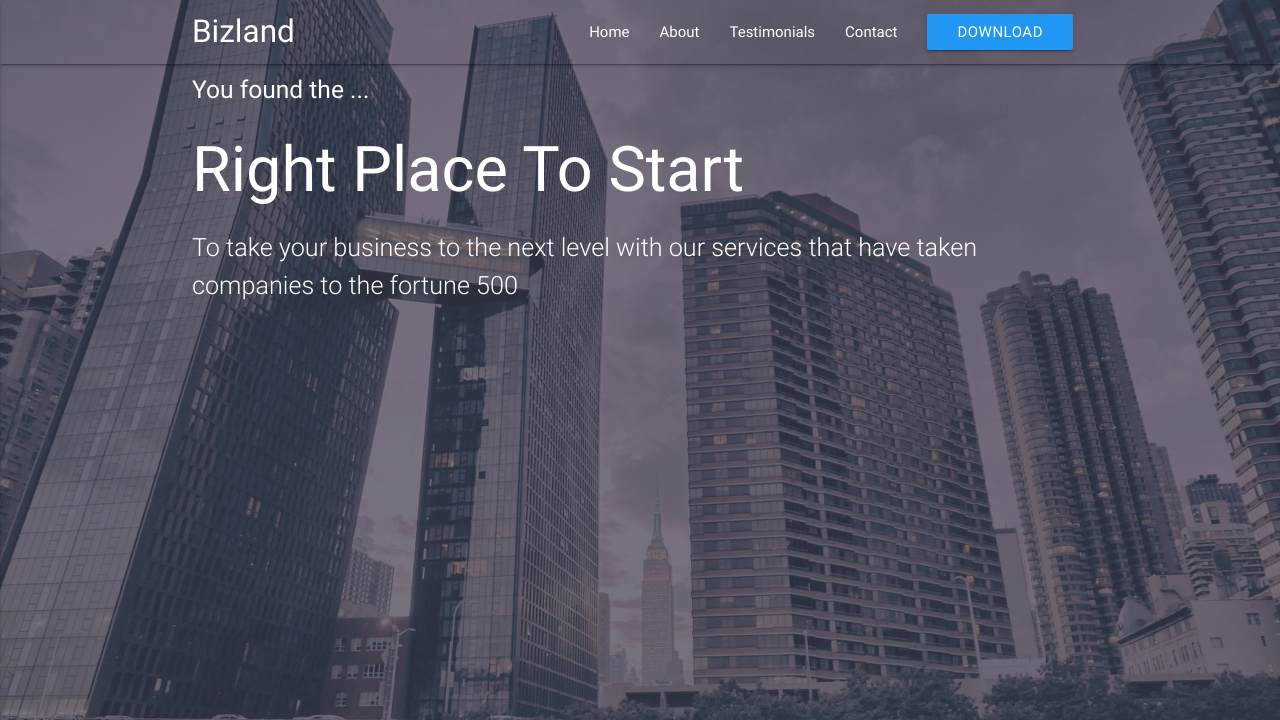
Repository: farrdy/bizland
Page: index.html
These files come from the project's save history. The page is drawn as it stood at one moment and after the next save; the edit follows.
The browser window is 1280 px wide. The pictures show the whole page.
Some web libraries are served in a nearby version.

Above is the page before, as saved 2020-01-04 09:02:17.

After the next save:
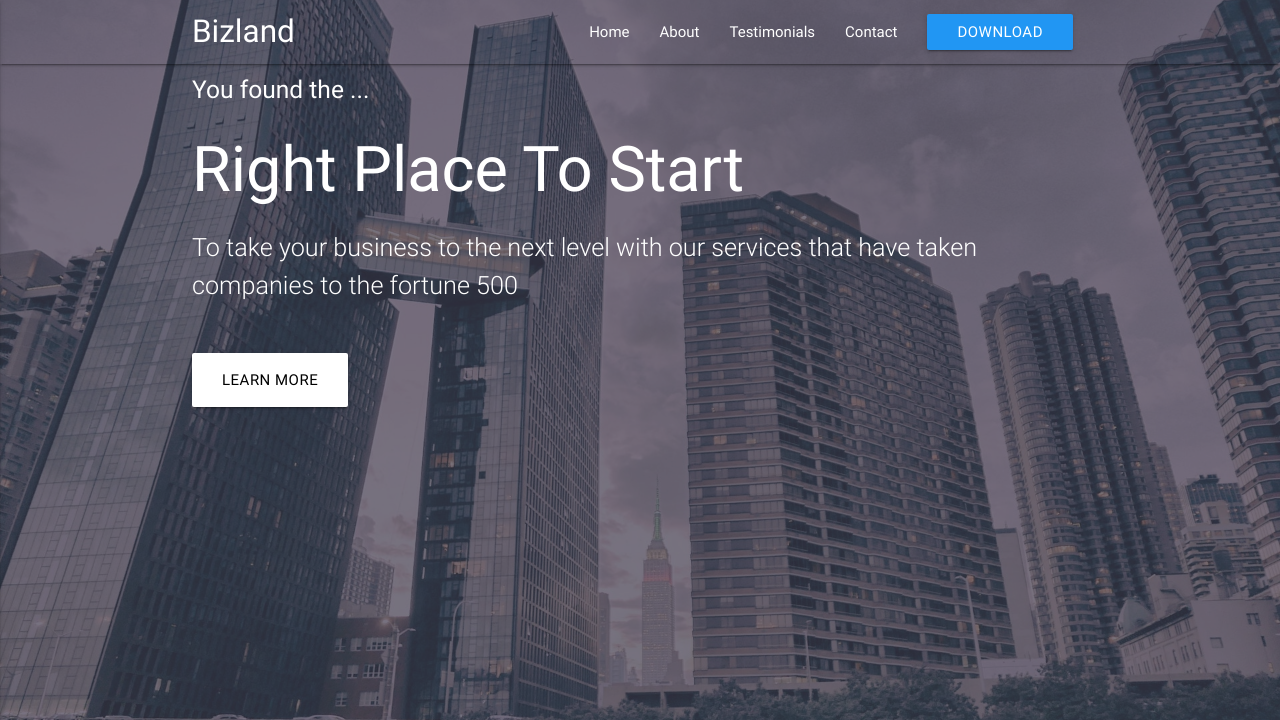
Saved 2 min 14 s later.
--- a/index.html
+++ b/index.html
@@ -82,6 +82,8 @@
                 To take your business to the next level with our services that
                 have taken companies to the fortune 500
               </p>
+              <br />
+              <a href="" class="btn btn-large white black-text">Learn More</a>
             </div>
           </div>
         </div>
